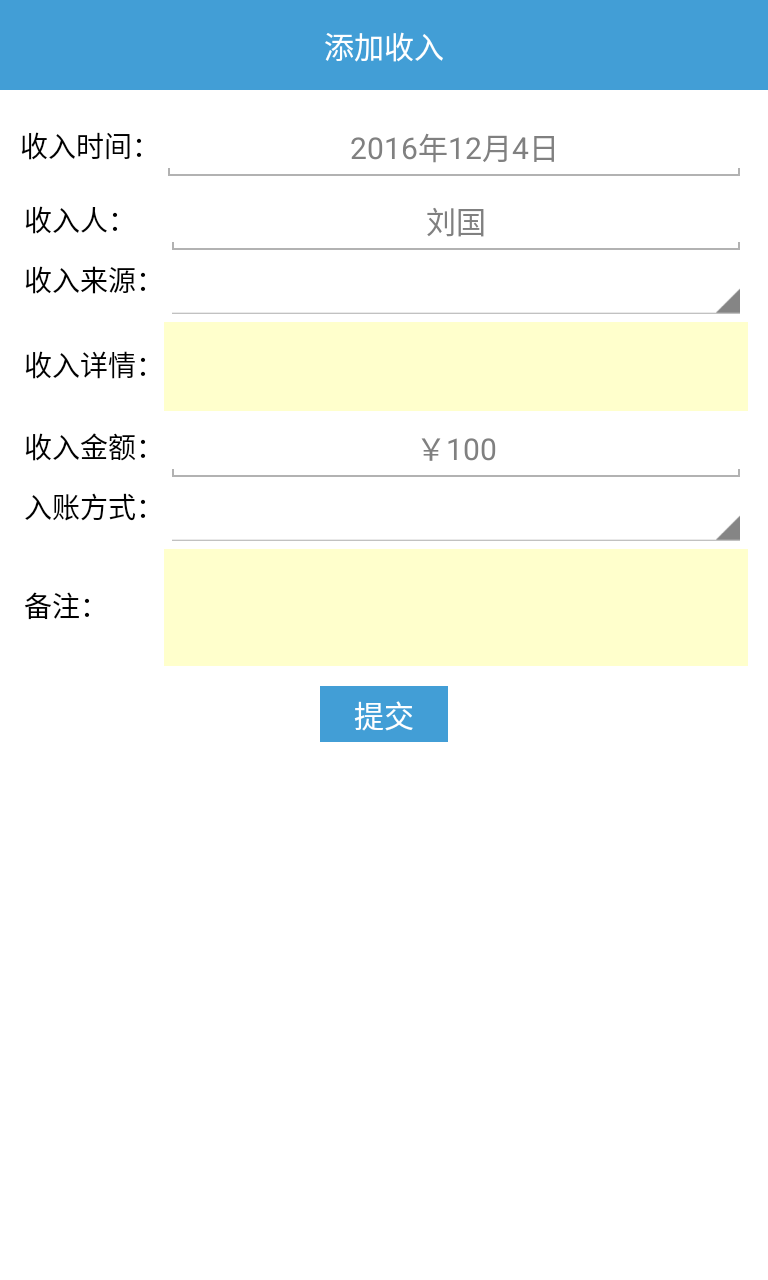
Repository: MySixGad/MyBill
Layout: Bill/Bill/res/layout/activity_inset_in_rmb.xml
These files come from the project's save history. The layout is drawn as it stood at one moment and after the next save; the edit follows.
It is drawn on a 768 x 1280 px phone screen (xhdpi) without system bars, with theme AppTheme; the app's code is not run.

Above is the layout before, as saved 2016-12-09 16:13:54.

After the next save:
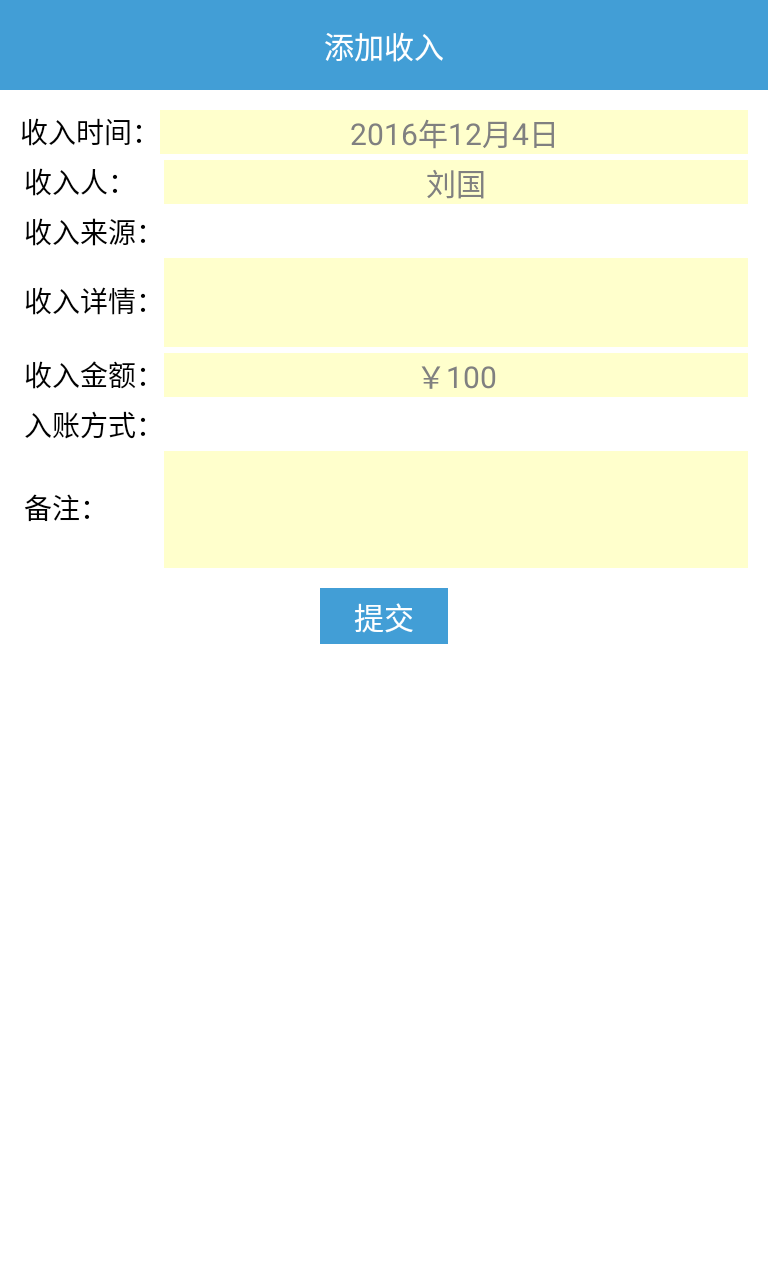
Saved 7 min 28 s later.
--- a/Bill/Bill/res/layout/activity_inset_in_rmb.xml
+++ b/Bill/Bill/res/layout/activity_inset_in_rmb.xml
@@ -35,6 +35,7 @@
                 android:layout_width="match_parent"
                 android:layout_height="wrap_content"
                 android:ems="10"
+                 android:background="#ffffcc"
                 android:gravity="center"
                 android:hint="2016年12月4日"
                 android:inputType="textMultiLine"
@@ -49,6 +50,7 @@
             android:layout_width="match_parent"
             android:layout_height="wrap_content"
             android:layout_marginLeft="2dp"
+            android:layout_marginTop="3dp"
             android:orientation="horizontal" >
 
             <TextView
@@ -65,6 +67,7 @@
                 android:ems="10"
                 android:gravity="center"
                 android:hint="刘国"
+                 android:background="#ffffcc"
                 android:inputType="textMultiLine"
                 android:textColor="#000"
                 android:textSize="15dp" >
@@ -75,6 +78,7 @@
             android:layout_width="match_parent"
             android:layout_height="wrap_content"
             android:layout_marginLeft="2dp"
+            android:layout_marginTop="3dp"
             android:orientation="horizontal" >
 
             <TextView
@@ -87,12 +91,14 @@
 
             <Spinner
                 android:id="@+id/in_sos"
+                   android:background="#ffffcc"
                    android:gravity="center"
                 android:layout_width="match_parent"
                 android:layout_height="wrap_content" />
         </LinearLayout>
 
         <LinearLayout
+             android:layout_marginTop="3dp"
             android:layout_width="match_parent"
             android:layout_height="wrap_content"
             android:layout_marginLeft="2dp"
@@ -119,6 +125,7 @@
         </LinearLayout>
 
         <LinearLayout
+             android:layout_marginTop="3dp"
             android:layout_width="match_parent"
             android:layout_height="wrap_content"
             android:layout_marginLeft="2dp"
@@ -137,12 +144,14 @@
                 android:layout_height="wrap_content"
                 android:gravity="center"
                 android:hint="￥100"
+                   android:background="#ffffcc"
                 android:inputType="textMultiLine"
                 android:textColor="#000"
                 android:textSize="15dp" />
         </LinearLayout>
 
         <LinearLayout
+             android:layout_marginTop="3dp"
             android:layout_width="match_parent"
             android:layout_height="wrap_content"
             android:layout_marginLeft="2dp"
@@ -158,12 +167,14 @@
 
             <Spinner
                 android:id="@+id/in_way"
+                   android:background="#ffffcc"
                 android:gravity="center"
                 android:layout_width="match_parent"
                 android:layout_height="wrap_content" />
         </LinearLayout>
 
         <LinearLayout
+             android:layout_marginTop="3dp"
             android:layout_width="match_parent"
             android:layout_height="wrap_content"
             android:layout_marginLeft="2dp"
